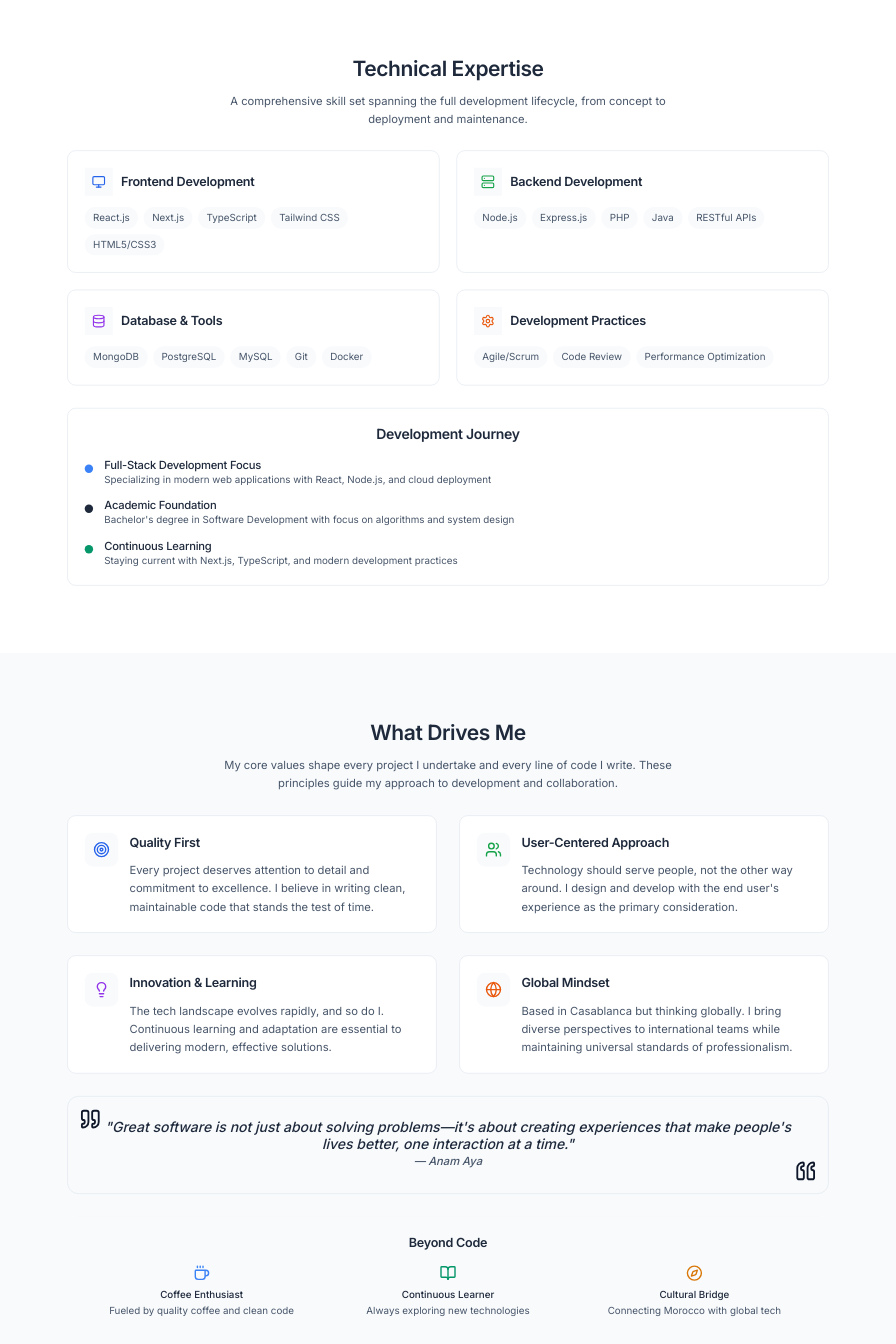
Repository: ayaaas/portflio_aya
Page: /about-me-personal-narrative
These files come from the project's save history. The page is drawn as it stood at one moment and after the next save; the edit follows.
The browser window is 1280 px wide. The pictures show the part of the page from y = 1644 to 3564 px (the page is 4120 px tall before and 4280 px after), at 70% of full size.
The project was rebuilt for these pictures with package versions that can differ from the ones it lists, and the page was loaded fresh each time. Also part of the build but not shown: vite.config.mjs, src/components/ErrorBoundary.jsx, src/pages/hero-section-developer-portfolio/components/ProfileImage.jsx, src/pages/hero-section-developer-portfolio/components/AnimatedText.jsx, src/pages/hero-section-developer-portfolio/components/HeroContent.jsx, src/pages/hero-section-developer-portfolio/components/BackgroundPattern.jsx, src/pages/hero-section-developer-portfolio/components/ScrollIndicator.jsx, src/pages/hero-section-developer-portfolio/index.jsx and 23 more.

Above is the page before, as saved 2025-07-18 23:35:14.

After the next save:
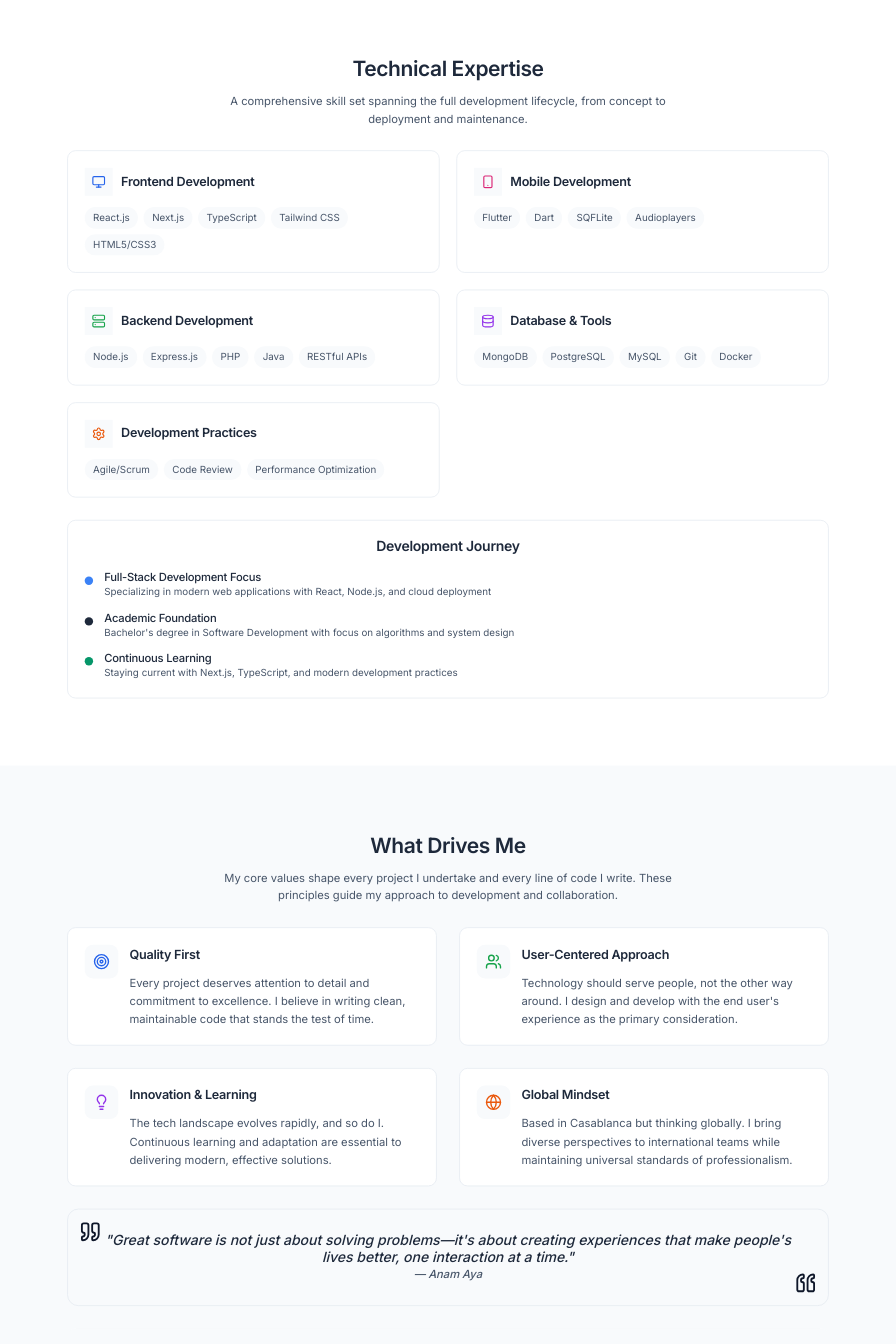
Saved 3 min 54 s later.
--- a/src/pages/about-me-personal-narrative/components/SkillsOverview.jsx
+++ b/src/pages/about-me-personal-narrative/components/SkillsOverview.jsx
@@ -3,31 +3,38 @@ import Icon from '../../../components/AppIcon';
 
 const SkillsOverview = () => {
   const skillCategories = [
-    {
-      category: 'Frontend Development',
-      icon: 'Monitor',
-      skills: ['React.js', 'Next.js', 'TypeScript', 'Tailwind CSS', 'HTML5/CSS3'],
-      color: 'text-blue-600'
-    },
-    {
-      category: 'Backend Development',
-      icon: 'Server',
-      skills: ['Node.js', 'Express.js', 'PHP', 'Java', 'RESTful APIs'],
-      color: 'text-green-600'
-    },
-    {
-      category: 'Database & Tools',
-      icon: 'Database',
-      skills: ['MongoDB', 'PostgreSQL', 'MySQL', 'Git', 'Docker'],
-      color: 'text-purple-600'
-    },
-    {
-      category: 'Development Practices',
-      icon: 'Settings',
-      skills: ['Agile/Scrum', 'Code Review',  'Performance Optimization'],
-      color: 'text-orange-600'
-    }
-  ];
+  {
+    category: 'Frontend Development',
+    icon: 'Monitor',
+    skills: ['React.js', 'Next.js', 'TypeScript', 'Tailwind CSS', 'HTML5/CSS3'],
+    color: 'text-blue-600'
+  },
+  {
+    category: 'Mobile Development',
+    icon: 'Smartphone',
+    skills: ['Flutter', 'Dart', 'SQFLite', 'Audioplayers'],
+    color: 'text-pink-600'
+  },
+  {
+    category: 'Backend Development',
+    icon: 'Server',
+    skills: ['Node.js', 'Express.js', 'PHP', 'Java', 'RESTful APIs'],
+    color: 'text-green-600'
+  },
+  {
+    category: 'Database & Tools',
+    icon: 'Database',
+    skills: ['MongoDB', 'PostgreSQL', 'MySQL', 'Git', 'Docker'],
+    color: 'text-purple-600'
+  },
+  {
+    category: 'Development Practices',
+    icon: 'Settings',
+    skills: ['Agile/Scrum', 'Code Review', 'Performance Optimization'],
+    color: 'text-orange-600'
+  }
+];
+
 
   return (
     <div className="space-y-8">
